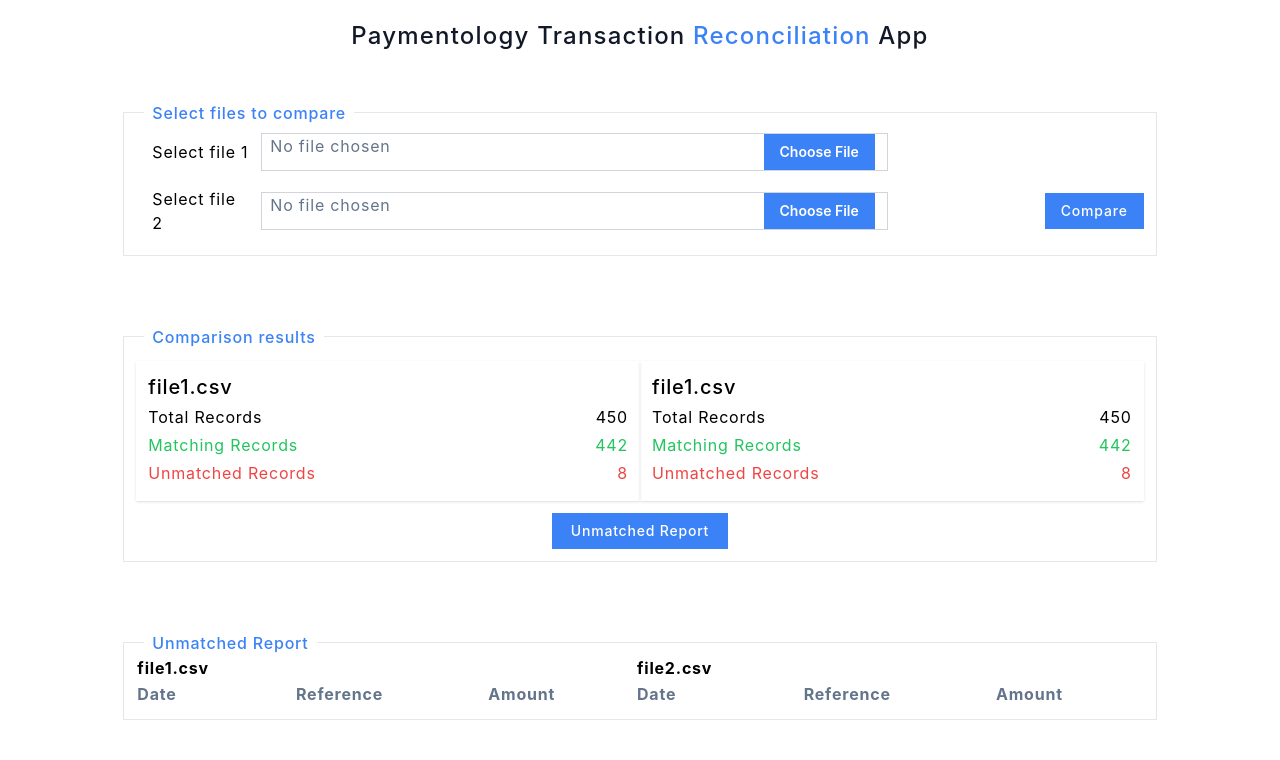
Repository: chionye/paymentology-front
Page: /
These files come from the project's save history. The page is drawn as it stood at one moment and after the next save; the edit follows.
The browser window is 1280 px wide. The pictures show the whole page.
The project was rebuilt for these pictures with package versions that can differ from the ones it lists, and the page was loaded fresh each time.

Above is the page before, as saved 2022-03-16 19:10:37.

After the next save:
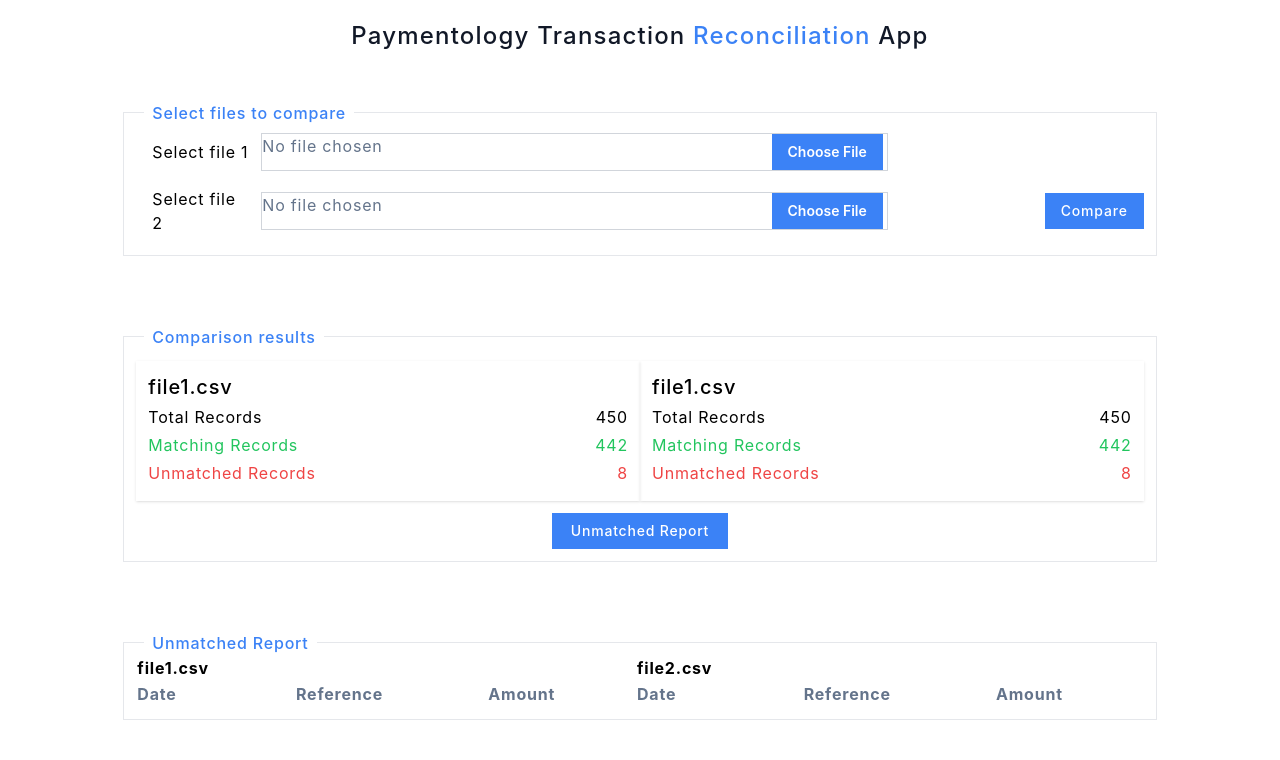
Saved 24 s later.
--- a/src/components/InputFile.js
+++ b/src/components/InputFile.js
@@ -11,7 +11,7 @@ const InputFile = (props) => {
 
                     md:mx-3
                     appearance-none
-                    px-2
+
                     text-slate-500
                     file:py-2
                     file:px-4
